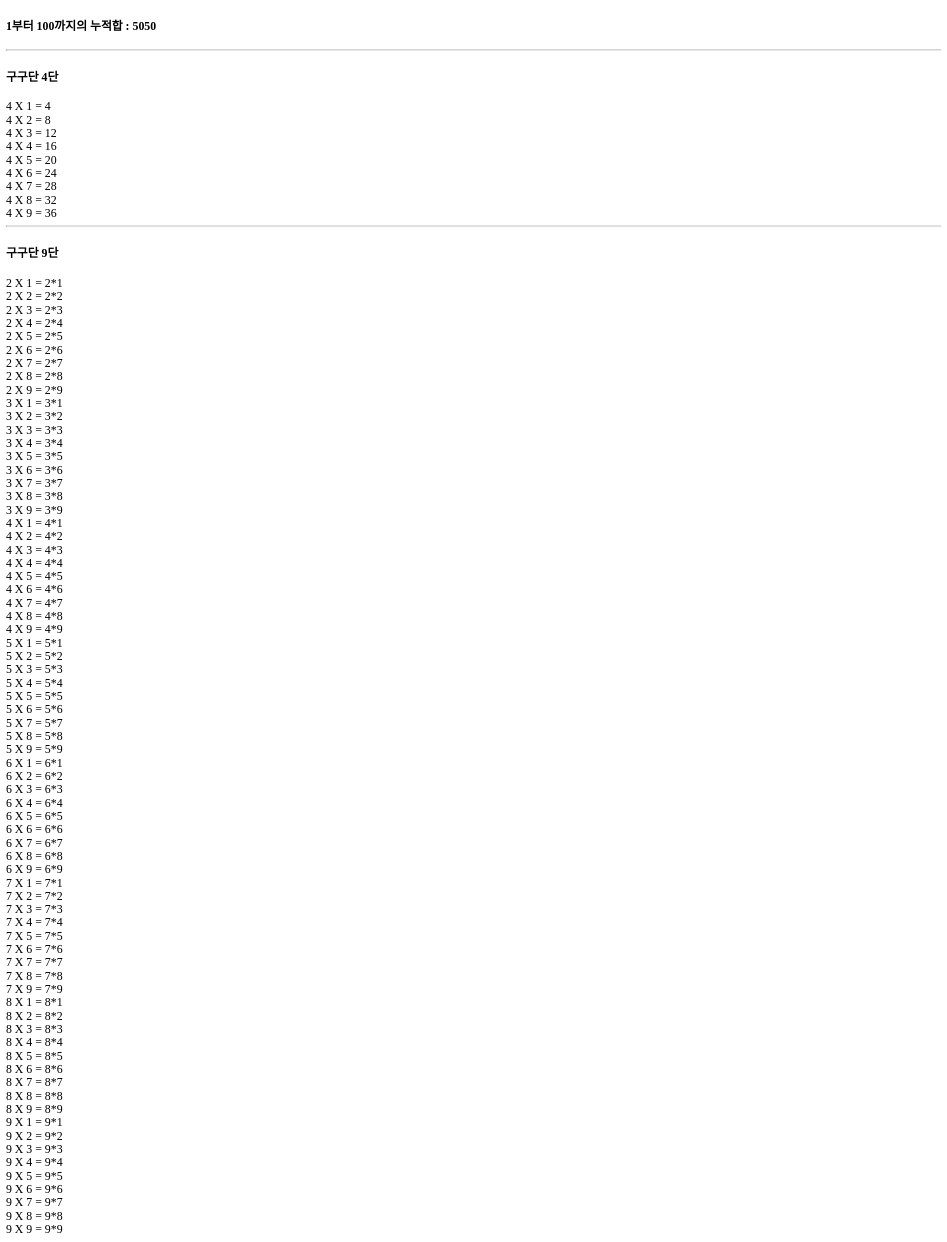
Repository: kitae1995/jsp-pratice
Page: http://localhost/JspBasic/JSTL/jstl_foreach.jsp
The author's editor kept a copy of each file at every save. The page is drawn from the files as they stood at one save, then again after the next save.
The browser window is 1280 px wide. The pictures show the whole page, at 74% of full size.
The page is served by Tomcat 9.

Above is the page before, as saved 2023-09-12 05:55:46.

After the next save:
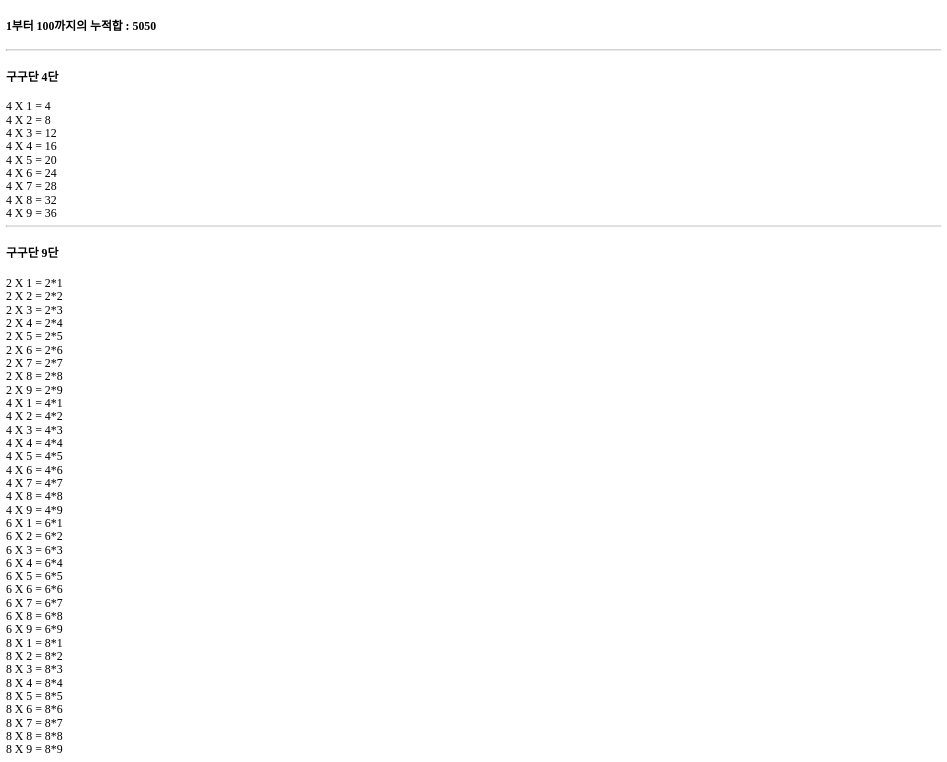
Saved 46 s later.
--- a/JspBasic/src/main/webapp/JSTL/jstl_foreach.jsp
+++ b/JspBasic/src/main/webapp/JSTL/jstl_foreach.jsp
@@ -47,7 +47,7 @@
 
      <%-- 구구단을 2~9단까지 출력하는데, 짝수단만 출력해보세요 ,jstl el 사용 --%>
      <h4>구구단 9단</h4>
-     <c:forEach var="dan" begin="2" end="9">
+     <c:forEach var="dan" begin="2" end="9" step="2">
      	<c:forEach var="ban" begin="1" end="9">
      		${dan} X ${ban } = ${dan}*${ban} <br>
      	</c:forEach>
